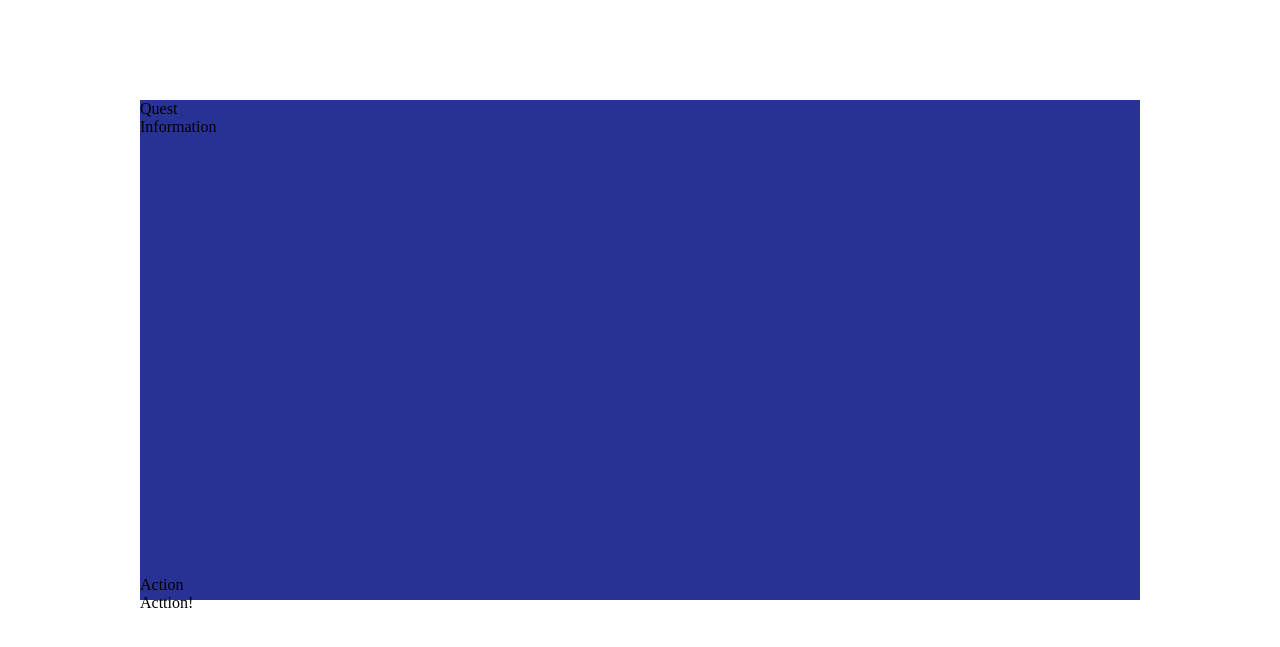
Repository: rahulnag7963/UBCHacks4.0
Page: /
These files come from the project's save history. The page is drawn as it stood at one moment and after the next save; the edit follows.
The browser window is 1280 px wide. The pictures show the whole page.
The project was rebuilt for these pictures with package versions that can differ from the ones it lists, and the page was loaded fresh each time.

Above is the page before, as saved 2022-11-26 02:54:26.

After the next save:
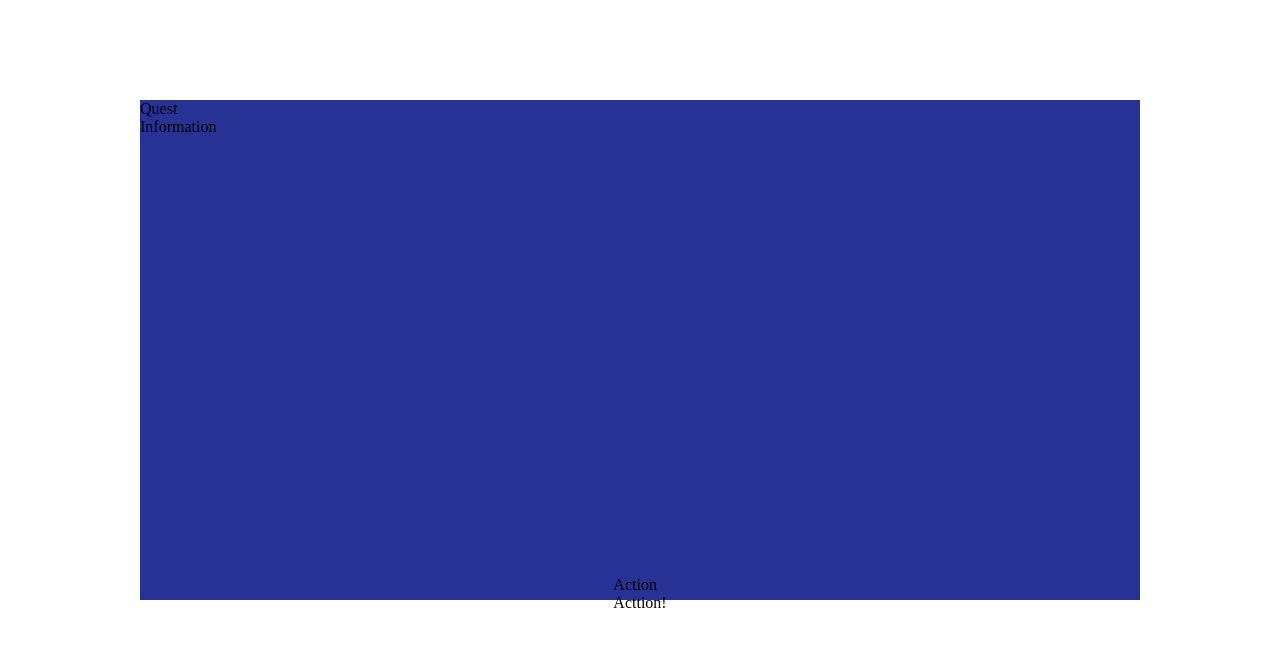
Saved 2 min 32 s later.
--- a/src/app.css
+++ b/src/app.css
@@ -10,6 +10,10 @@
 .actionComponent {
     position: relative;
     top: 440px;
-    display: inline-block;
-    float: left;
+    display: flex;
+  flex-wrap: wrap;
+  /* for horizontal aligning of child divs */
+  justify-content: center;
+  /* for vertical aligning */
+  align-items: center;
 }

After the save that followed:
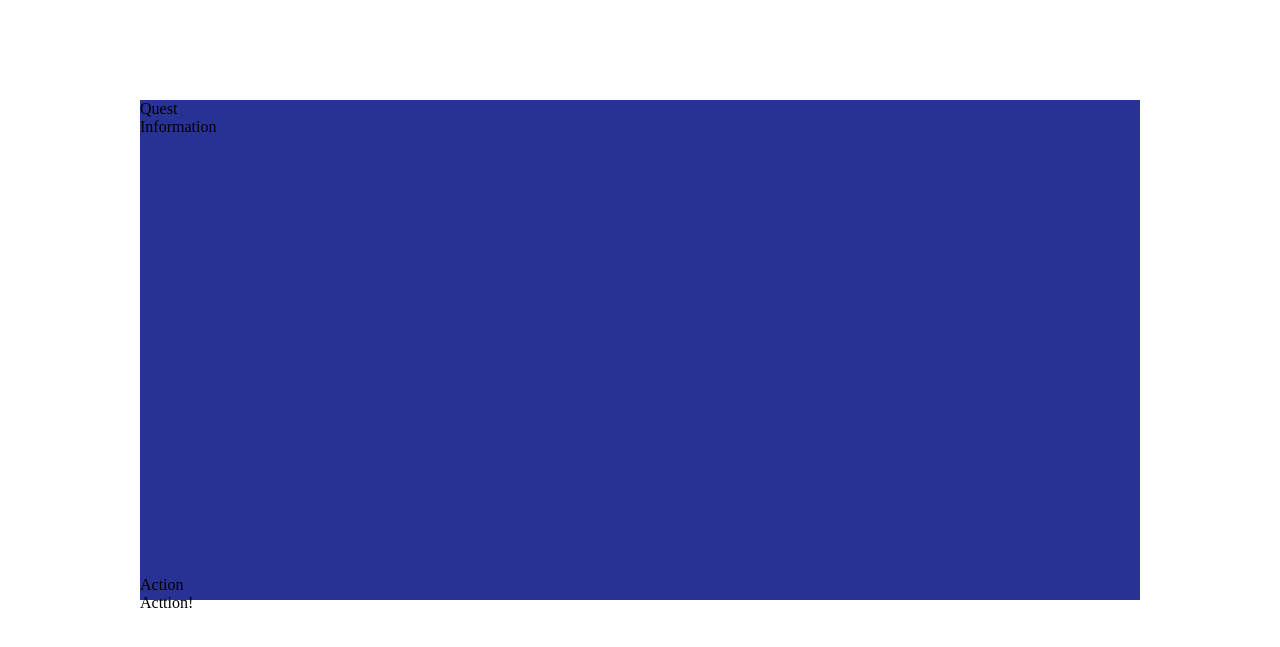
Saved 3 min 53 s later.
--- a/src/app.css
+++ b/src/app.css
@@ -11,9 +11,5 @@
     position: relative;
     top: 440px;
     display: flex;
-  flex-wrap: wrap;
-  /* for horizontal aligning of child divs */
-  justify-content: center;
-  /* for vertical aligning */
-  align-items: center;
+    flex-direction: row;
 }
